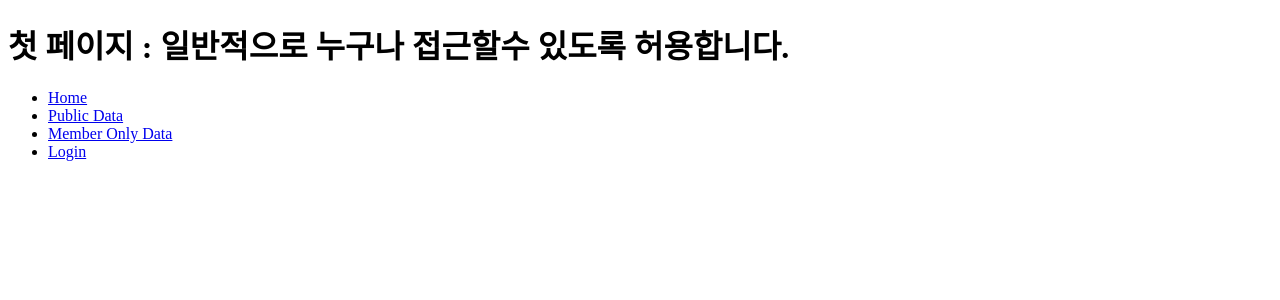
Repository: SongSooJin/JSP
Page: http://localhost/2-session-login/WEB-INF/views/home.jsp
These files come from the project's save history. The page is drawn as it stood at one moment and after the next save; the edit follows.
The browser window is 1280 px wide. The pictures show the whole page.
The page is served by Tomcat 9. Nobody is signed in. The template is opened directly, without the code that normally fills it, so the values that code supplies are empty.

Above is the page before, as saved 2018-10-05 02:50:46.

After the next save:
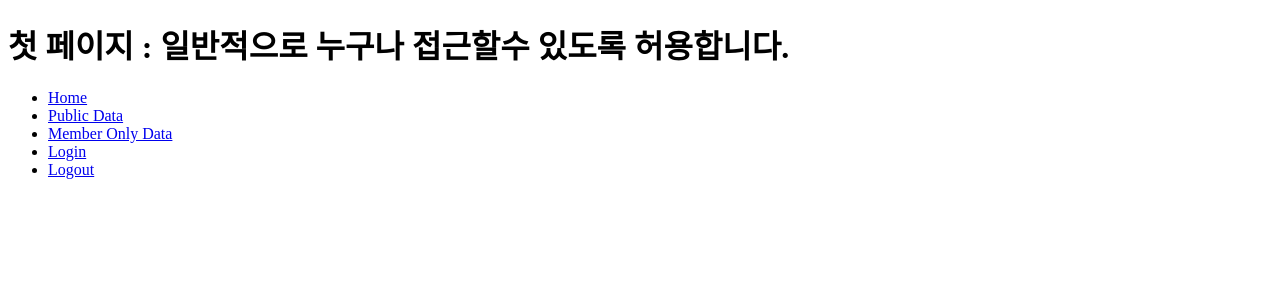
Saved 2 min 3 s later.
--- a/2-session-login/WebContent/WEB-INF/views/home.jsp
+++ b/2-session-login/WebContent/WEB-INF/views/home.jsp
@@ -15,6 +15,7 @@
 		<li><a href="public-data">Public Data</a></li>
 		<li><a href="member-only-data">Member Only Data</a></li>
 		<li><a href="login">Login</a></li>
+		<li><a href="login?action">Logout</a></li>
 	</ul>
 
 </body>
